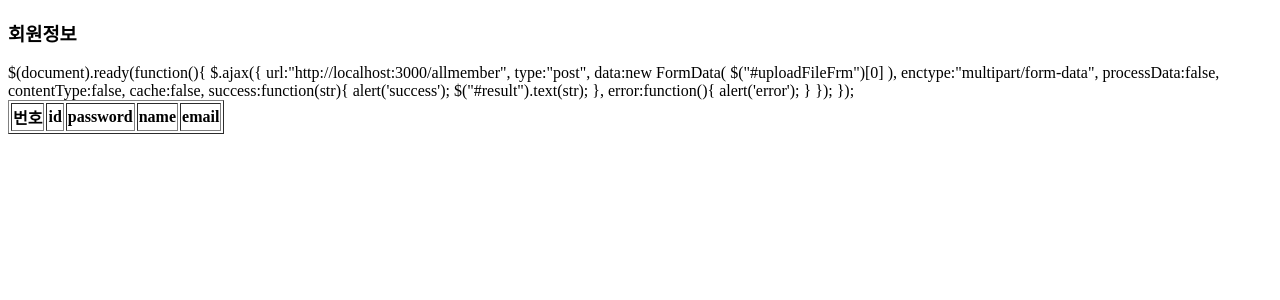
Repository: suhong99/SpringBootFront
Page: sample3/src/main/webapp/index.html
The author's editor kept a copy of each file at every save. The page is drawn from the files as they stood at one save, then again after the next save.
The browser window is 1280 px wide. The pictures show the whole page.

Above is the page before, as saved 2023-08-03 02:41:06.

### sample3/src/main/webapp/index.html
<!DOCTYPE html>
<html>
<head>
<meta charset="UTF-8">
<title>Insert title here</title>
<script src="https://ajax.googleapis.com/ajax/libs/jquery/3.6.4/jquery.min.js"></script>
</head>
<body>
<h3>회원정보</h3>

<table border="1">
<thead>
	<tr>
		<th>번호</th><th>id</th><th>password</th><th>name</th><th>email</th>
	</tr>
</thead>
<tbody id="data>
</tbody>
</table>

<script type="text/javascript">
$(document).ready(function(){
	$.ajax({
		url:"http://localhost:3000/allmember",
		type:"post",
		data:new FormData( $("#uploadFileFrm")[0] ),
		enctype:"multipart/form-data",
		processData:false,
		contentType:false,
		cache:false,
		success:function(str){
			alert('success');
			$("#result").text(str);
		},
		error:function(){
			alert('error');
		}
	});
});
</script>
</body>
</html>

After the next save:
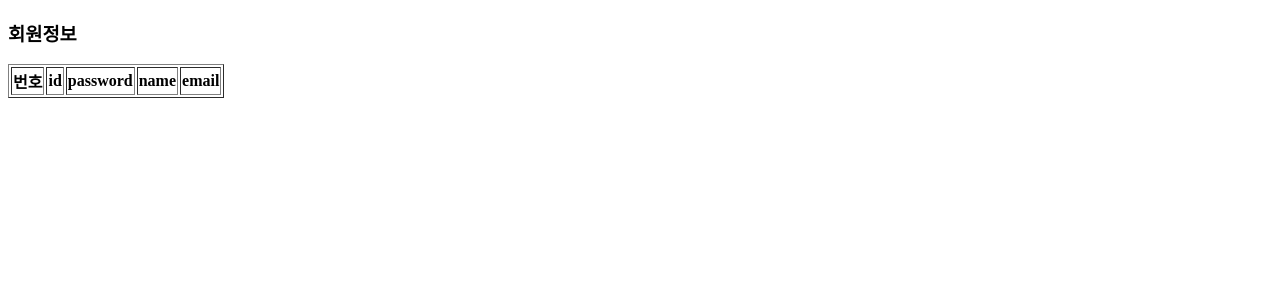
Saved 16 s later.
--- a/sample3/src/main/webapp/index.html
+++ b/sample3/src/main/webapp/index.html
@@ -18,25 +18,6 @@
 </tbody>
 </table>
 
-<script type="text/javascript">
-$(document).ready(function(){
-	$.ajax({
-		url:"http://localhost:3000/allmember",
-		type:"post",
-		data:new FormData( $("#uploadFileFrm")[0] ),
-		enctype:"multipart/form-data",
-		processData:false,
-		contentType:false,
-		cache:false,
-		success:function(str){
-			alert('success');
-			$("#result").text(str);
-		},
-		error:function(){
-			alert('error');
-		}
-	});
-});
-</script>
+
 </body>
 </html>

After the 2 saves that followed:
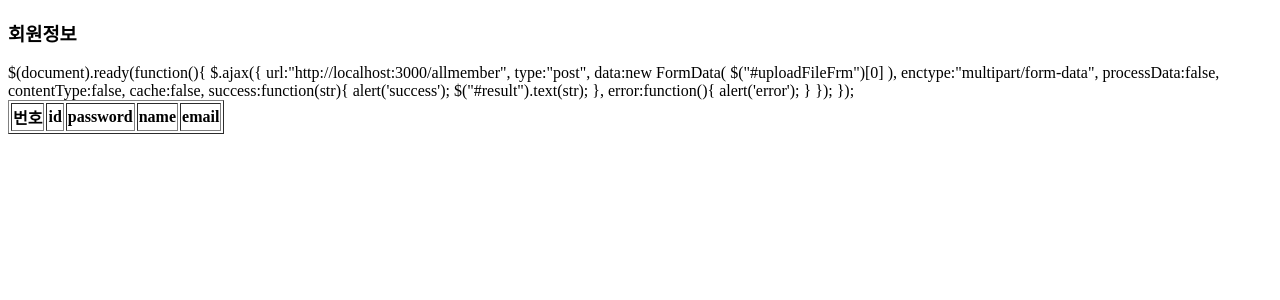
The 2 saves are shown as one change because 1 left the picture as it was.
The last was saved 21 s later.
--- a/sample3/src/main/webapp/index.html
+++ b/sample3/src/main/webapp/index.html
@@ -9,13 +9,33 @@
 <h3>회원정보</h3>
 
 <table border="1">
-<thead>
-	<tr>
-		<th>번호</th><th>id</th><th>password</th><th>name</th><th>email</th>
-	</tr>
-</thead>
-<tbody id="data>
-</tbody>
+	<thead>
+		<tr>
+			<th>번호</th><th>id</th><th>password</th><th>name</th><th>email</th>
+		</tr>
+	</thead>
+	<tbody id="data>
+	</tbody>
+	<script type="text/javascript">
+$(document).ready(function(){
+	$.ajax({
+		url:"http://localhost:3000/allmember",
+		type:"post",
+		data:new FormData( $("#uploadFileFrm")[0] ),
+		enctype:"multipart/form-data",
+		processData:false,
+		contentType:false,
+		cache:false,
+		success:function(str){
+			alert('success');
+			$("#result").text(str);
+		},
+		error:function(){
+			alert('error');
+		}
+	});
+});
+</script>
 </table>
 
 
